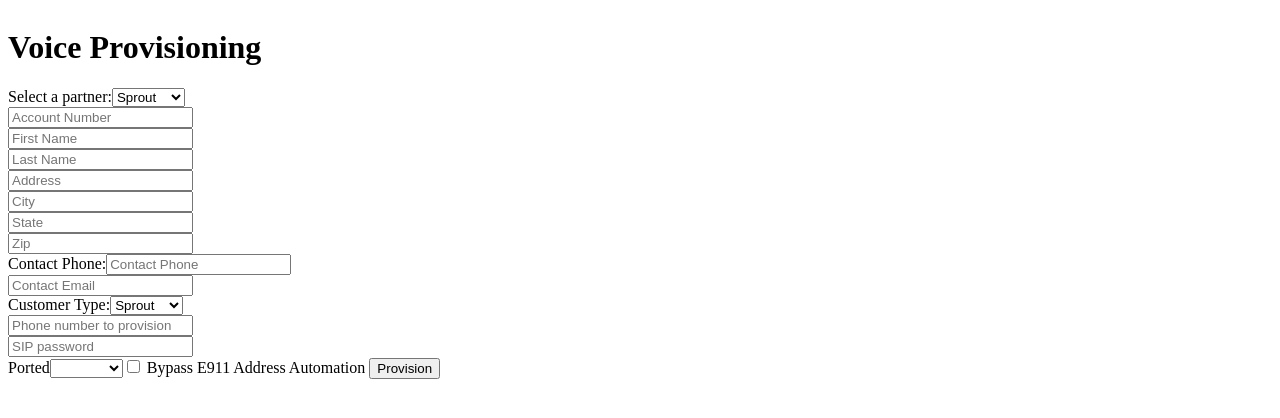
Repository: smallchungus/logiccom
Page: /
These files come from the project's save history. The page is drawn as it stood at one moment and after the next save; the edit follows.
The browser window is 1280 px wide. The pictures show the whole page.
The project was rebuilt for these pictures with package versions that can differ from the ones it lists, and the page was loaded fresh each time. Also part of the build but not shown: vite.config.ts.

Above is the page before, as saved 2023-05-04 11:13:39.

### src/App.vue
<template>

<header>
  <h1>Voice Provisioning</h1>
</header>

<form>
      <div class="form-group">
        <label for="partner">Select a partner:</label>
        <select id="partner" name="partner">
          <option value="Sprout">Sprout</option>
          <option value="option2">Option 2</option>
        </select>
      </div>

      <div class="form-group">
        <input type="text" id="accountNum" name="accountNum" placeholder="Account Number">
      </div>

      <div class="form-group">
        <input type="text" id="firstName" name="firstName" placeholder="First Name">
      </div>

      <div class="form-group">
        <input type="text" id="lastName" name="lastName" placeholder="Last Name">
      </div>

      <div class="form-group">
        <input type="text" id="address" name="address" placeholder="Address">
      </div>

      <div class="form-group">
        <input type="text" id="city" name="city" placeholder="City">
      </div>

      <div class="form-group">
        <input type="text" id="state" name="state" placeholder="State">
      </div>

      <div class="form-group">
        <input type="text" id="zip" name="zip" placeholder="Zip">
      </div>

      <div class="form-group">
        <label for="contactPhone">Contact Phone:</label>
        <input type="text" id="contactPhone" name="contactPhone" placeholder="Contact Phone">
      </div>

      <div class="form-group">
        <input type="text" id="contactEmail" name="contactEmail" placeholder="Contact Email">
      </div>

      <div class="form-group">
        <label for="customerType">Customer Type:</label>
        <select id="customerType" name="customerType">
          <option value="Sprout">Sprout</option>
          <option value="option2">Option 2</option>
        </select>
      </div>

      <div class="form-group">
        <input type="text" id="phoneToProv" name="phoneToProv" placeholder="Phone number to provision">
      </div>

      <div class="form-group">
        <input type="password" id="sipPassword" name="sipPassword" placeholder="SIP password">
      </div>


    <label for="ported">Ported</label>
    <select id="ported" name="ported">
      <option value=""></option>
      <option value="option2">Option 2</option>
    </select>

    <label>
      <input type="checkbox" >
      Bypass E911 Address Automation
    </label>

    <button type="submit">Provision</button>
  </form>
</template>

<style>
@media (min-width: 1024px) {
  header {
    display: flex;
    place-items: center;
    padding-right: calc(var(--section-gap) / 2);
  }

  .logo {
    margin: 0 2rem 0 0;
  }

  header .wrapper {
    display: flex;
    place-items: flex-start;
    flex-wrap: wrap;
  }
}
</style>

Loaded but not shown: index.html (common file); src/main.ts (common file)

After the next save:
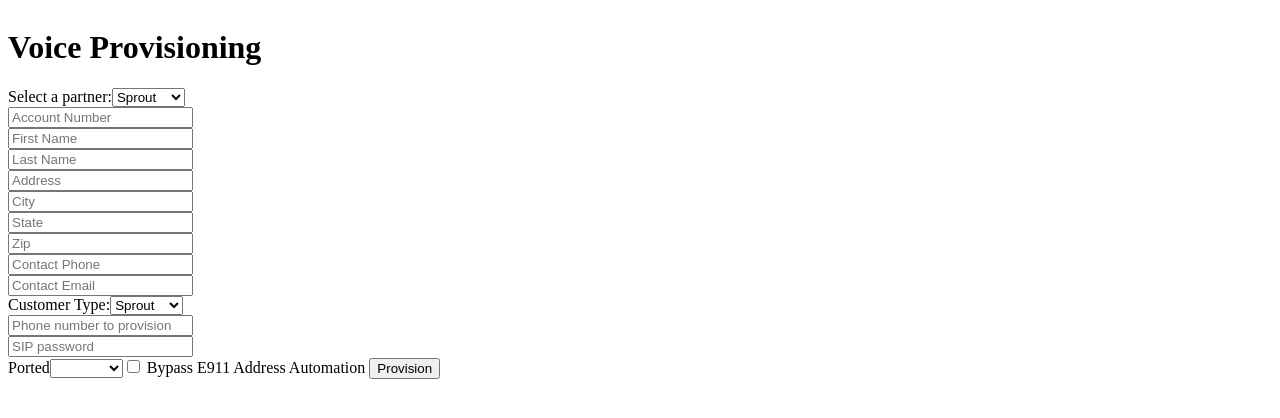
Saved 9 s later.
--- a/src/App.vue
+++ b/src/App.vue
@@ -42,7 +42,6 @@
       </div>
 
       <div class="form-group">
-        <label for="contactPhone">Contact Phone:</label>
         <input type="text" id="contactPhone" name="contactPhone" placeholder="Contact Phone">
       </div>
 
